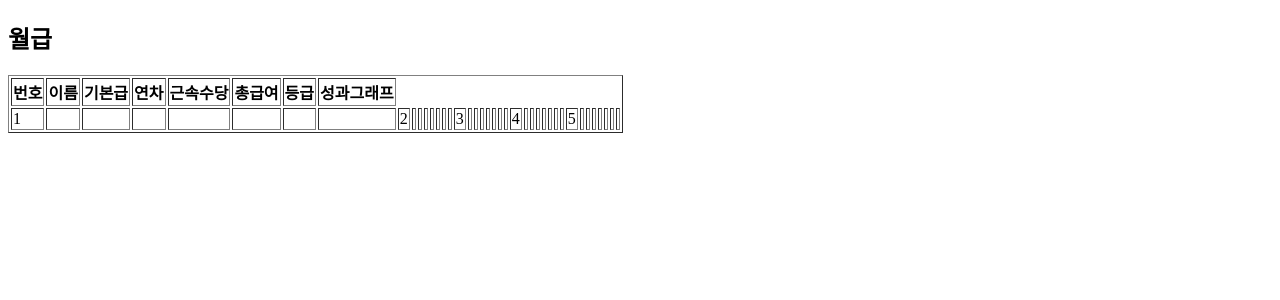
Repository: kkj68106810-dot/jsp2026
Page: http://localhost/chapter01/example_salary.jsp
These files come from the project's save history. The page is drawn as it stood at one moment and after the next save; the edit follows.
The browser window is 1280 px wide. The pictures show the whole page.
The page is served by Tomcat 9.

Above is the page before, as saved 2026-10-16 07:10:01.

After the next save:
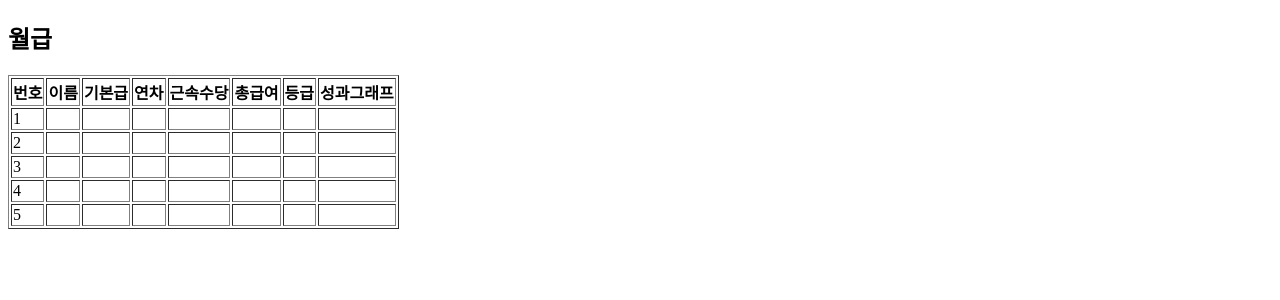
Saved 43 s later.
--- a/chapter01/src/main/webapp/example_salary.jsp
+++ b/chapter01/src/main/webapp/example_salary.jsp
@@ -61,8 +61,9 @@
 		<%
 
 		%>
+		<% for(int i = 1; i <= names.length; i++) { %>
 		<tr>
-		<% for(int i = 1; i <= names.length; i++) { %>
+
 
 			<td>
 				<%=i%>
@@ -89,9 +90,9 @@
 
 			</td>
 
+
+		</tr>
 		<% } %>
-		</tr>
-
 	</table>
 </body>
 </html>
